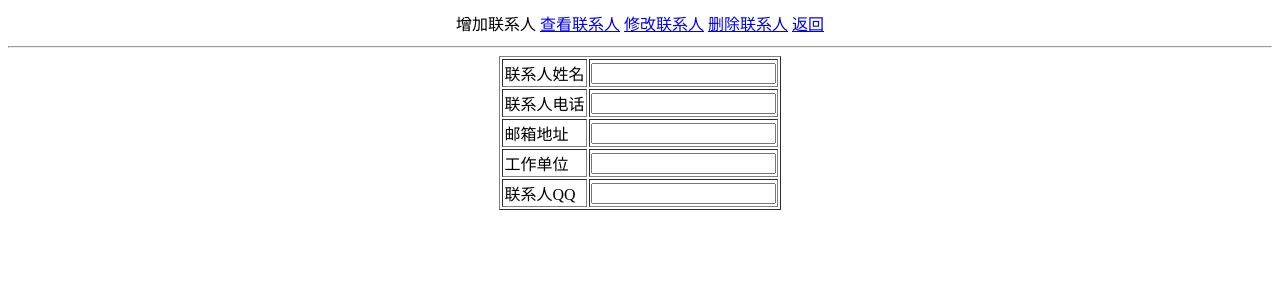
Repository: zy840055899/old-workspace
Page: http://localhost/PIMS/friendManager/addFriend.jsp
These files come from the project's save history. The page is drawn as it stood at one moment and after the next save; the edit follows.
The browser window is 1280 px wide. The pictures show the whole page.
The page is served by Tomcat 9. Other server files are loaded and not shown.

Above is the page before, as saved 2014-03-13 11:48:47.

### PIMS/WebContent/friendManager/addFriend.jsp
<%@ page language="java" contentType="text/html; charset=UTF-8"
    pageEncoding="UTF-8"%>
<!DOCTYPE html PUBLIC "-//W3C//DTD HTML 4.01 Transitional//EN" "http://www.w3.org/TR/html4/loose.dtd">
<html>
<head>
<meta http-equiv="Content-Type" content="text/html; charset=UTF-8">
<title>个人信息管理系统--增加通讯录</title>
</head>
<body>

<center>

<table>

<tr>
<td>增加联系人</td>
<td><a href="http://localhost:8080/PIMS/friendManager/lookFriend.jsp">查看联系人</a></td>
<td><a href="http://localhost:8080/PIMS/friendManager/updateFriend.jsp">修改联系人</a></td>
<td><a href="http://localhost:8080/PIMS/friendManager/deleteFriend.jsp">删除联系人</a></td>
<td><a href="http://localhost:8080/PIMS/main/main.jsp">返回</a></td>
</tr>

</table><hr>

<form action="http://localhost:8080/PIMS/AddFriendServlet" method="post">

<table border="1" >

<tr>
<td>联系人姓名</td>
<td><input type="text" name="name"></td>
</tr>

<tr>
<td>联系人电话</td>
<td><input type="text" name="phone"></td>
</tr>

<tr>
<td>邮箱地址</td>
<td><input type="text" name="email"></td>
</tr>

<tr>
<td>工作单位</td>
<td><input type="text" name="workPlace"></td>
</tr>













<tr>
<td>联系人QQ</td>
<td><input type="text" name="QQ"></td>
</tr>






</table>











</form>
















</center>






</body>
</html>

After the next save:
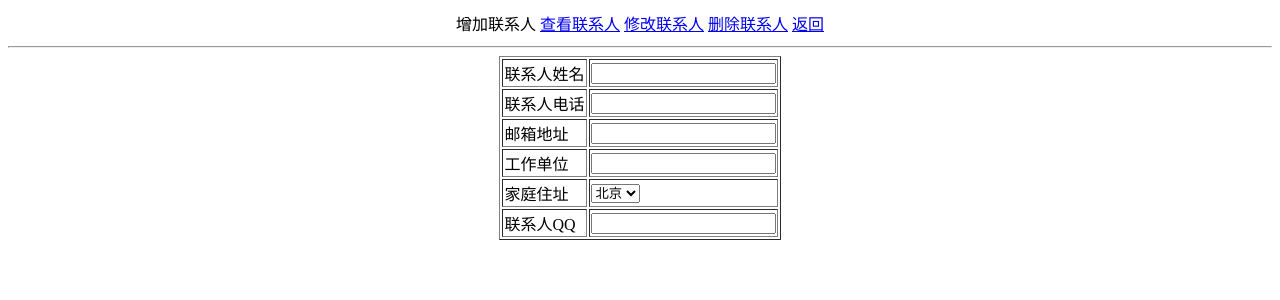
Saved 8 min 25 s later.
--- a/PIMS/WebContent/friendManager/addFriend.jsp
+++ b/PIMS/WebContent/friendManager/addFriend.jsp
@@ -46,27 +46,23 @@
 <td><input type="text" name="workPlace"></td>
 </tr>
 
-
-
-
-
-
-
-
-
-
-
-
+<tr>
+<td>家庭住址</td>
+<td>
+	<select name="place">
+	<option value="北京">北京</option>
+	<option value="上海">上海</option>
+	<option value="广州">广州</option>
+	<option value="深圳">深圳</option>
+	<option value="其他">其他</option>
+	</select>
+</td>
+</tr>
 
 <tr>
 <td>联系人QQ</td>
 <td><input type="text" name="QQ"></td>
 </tr>
-
-
-
-
-
 
 </table>
 
